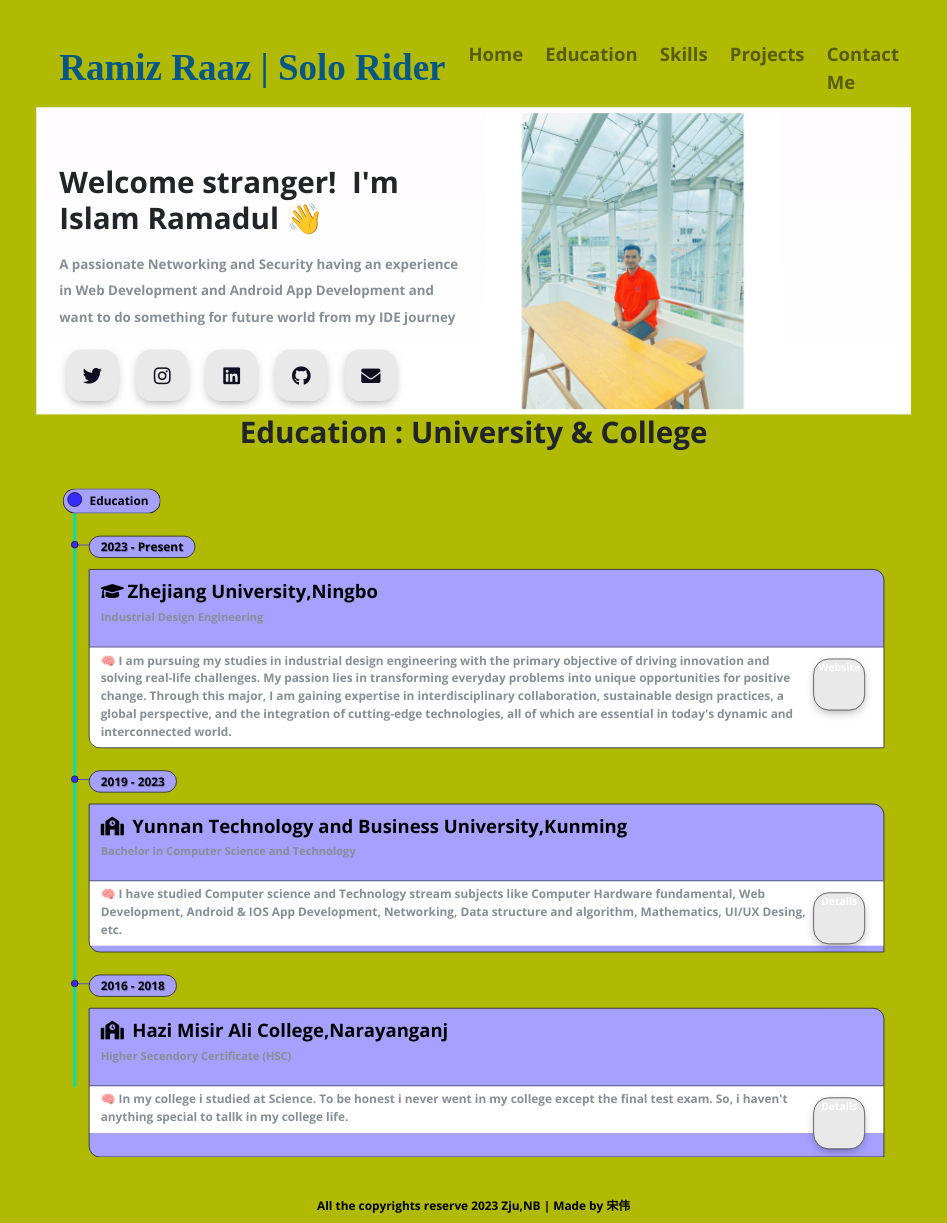
Repository: ramizraaz/ZjuProtfolio
Page: index.html
The author's editor kept a copy of each file at every save. The page is drawn from the files as they stood at one save, then again after the next save.
The browser window is 1280 px wide. The pictures show the whole page, at 74% of full size.
Some web fonts or font styles are not loaded; a fallback is used. Some web libraries are served in a nearby version.

Above is the page before, as saved 2023-10-08 18:01:40.

After the next save:
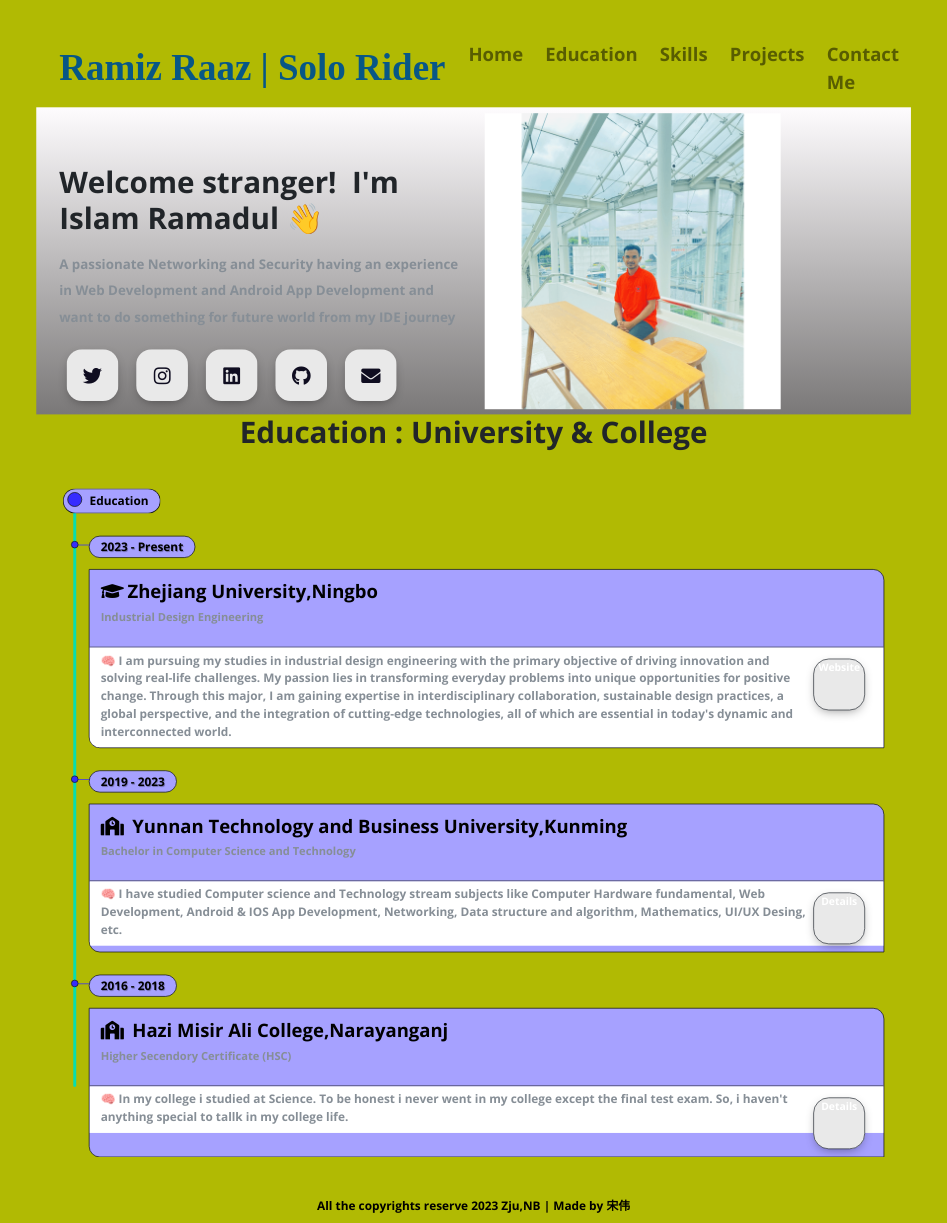
Saved 86 s later.
--- a/style.css
+++ b/style.css
@@ -63,7 +63,7 @@ a {
 /* Section 1 */
 
 .column1 {
-    background-image: linear-gradient(#fefcfe, #ffffff);
+    background-image: linear-gradient(#fefcfe, #7a7878);
     padding: 8px 16px;
 }
 
